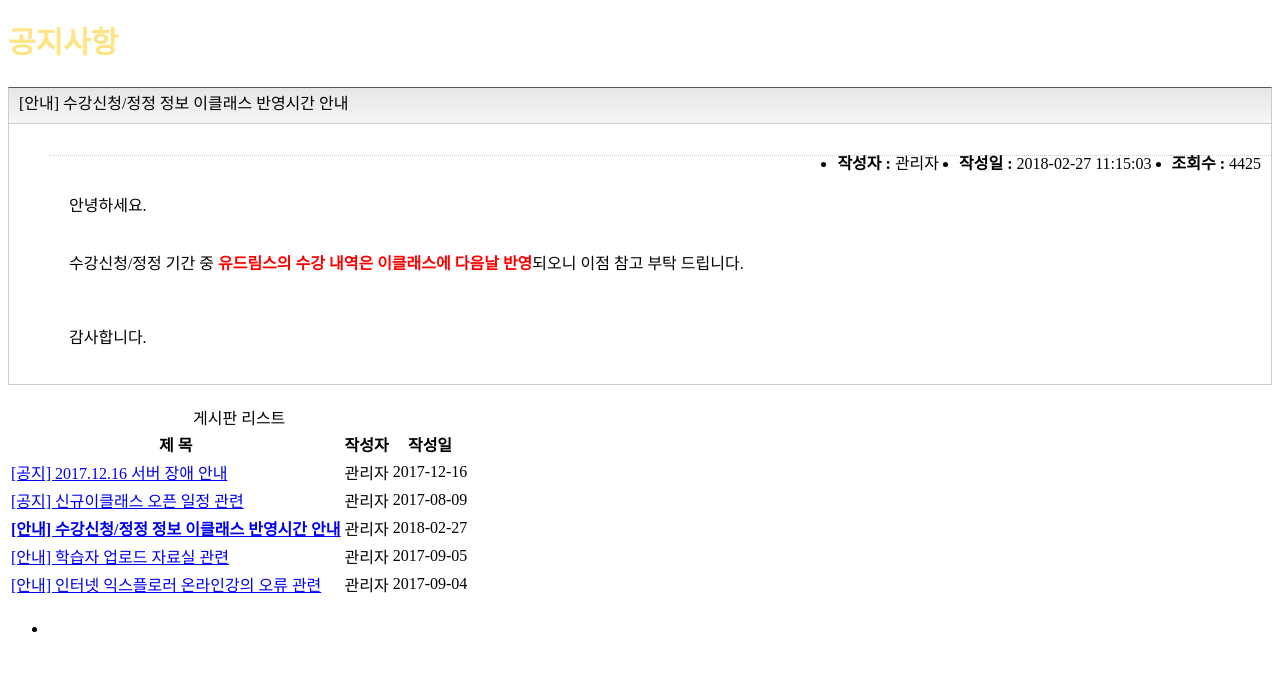
Repository: CSID-DGU/2019-1-CECD3-FFChain-2
Page: http://localhost/icip.app/WEB-INF/jsp/icip/notice/noticeView.jsp
These files come from the project's save history. The page is drawn as it stood at one moment and after the next save; the edit follows.
The browser window is 1280 px wide. The pictures show the whole page.
The page is served by Tomcat 9. Nobody is signed in. The template is opened directly, without the code that normally fills it, so the values that code supplies are empty.

Above is the page before, as saved 2019-08-19 11:33:03.

After the next save:
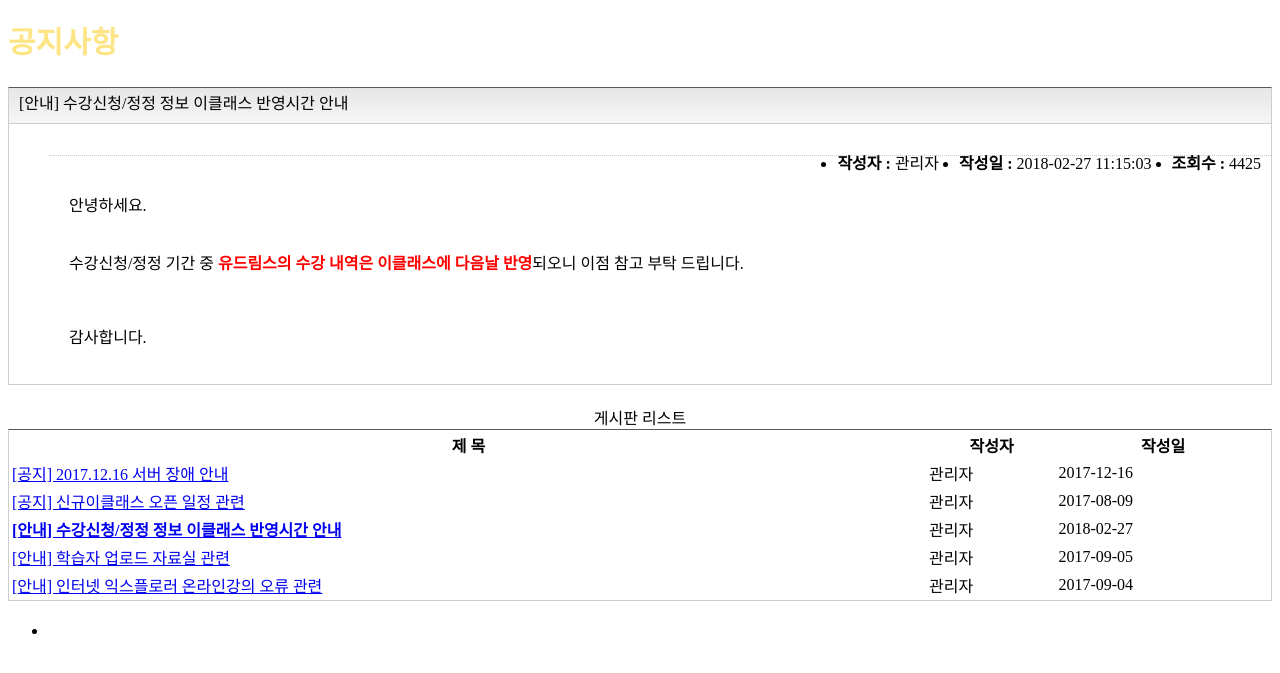
Saved 24 s later.
--- a/icip.app/src/main/webapp/WEB-INF/jsp/icip/notice/noticeView.jsp
+++ b/icip.app/src/main/webapp/WEB-INF/jsp/icip/notice/noticeView.jsp
@@ -42,6 +42,11 @@ padding:20px;
     clear: both;
     position: relative;
     margin-bottom: 20px;
+    border: 1px solid #cdcdcd;
+    border-top: 1px solid #565860;
+}
+.boardListBasic {
+    width: 100%;
     border: 1px solid #cdcdcd;
     border-top: 1px solid #565860;
 }
